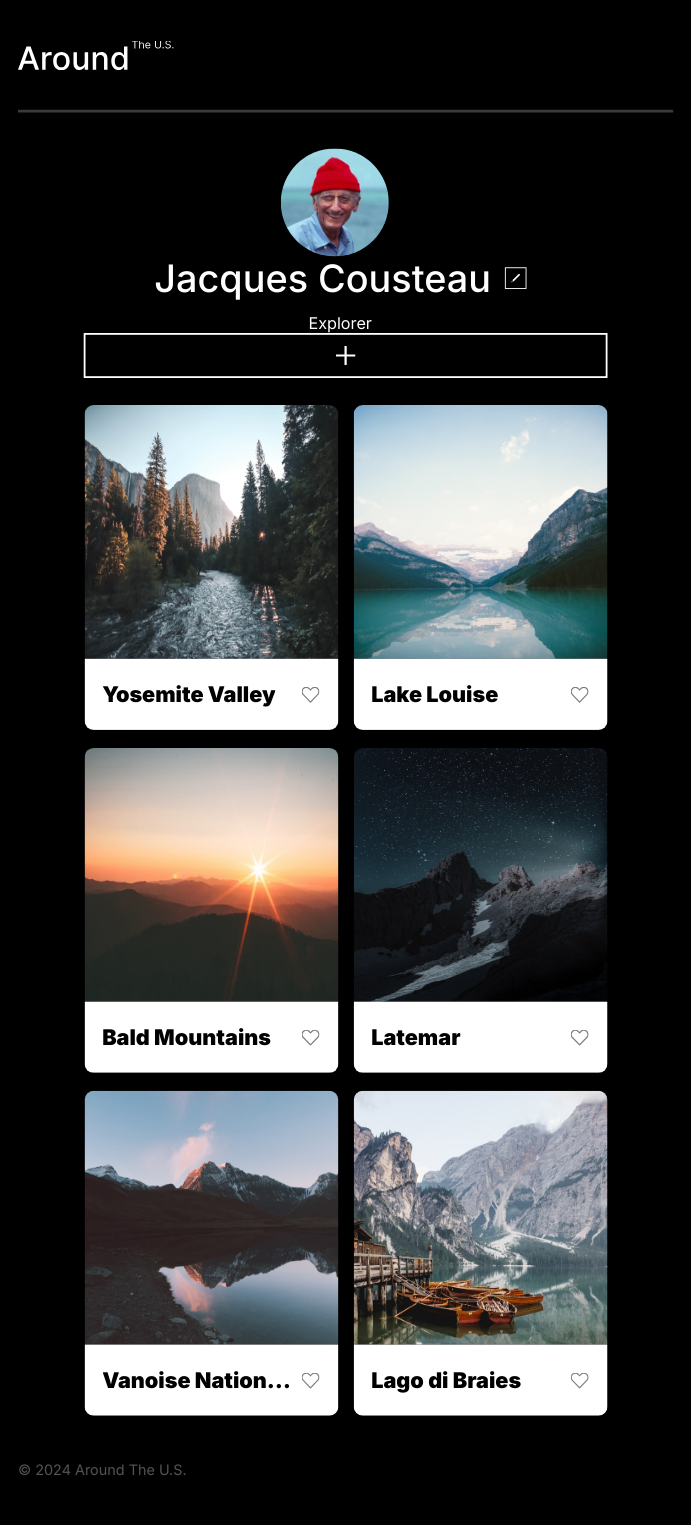
Repository: luisbaezx/se_project_aroundtheus
Page: index.html
An editor plug-in stored every save of this project. The page is shown before and after the next save, followed by the edit.
The browser window is 768 px wide. The pictures show the whole page, at 90% of full size.

Above is the page before, as saved 2024-05-29 17:56:17.

After the next save:
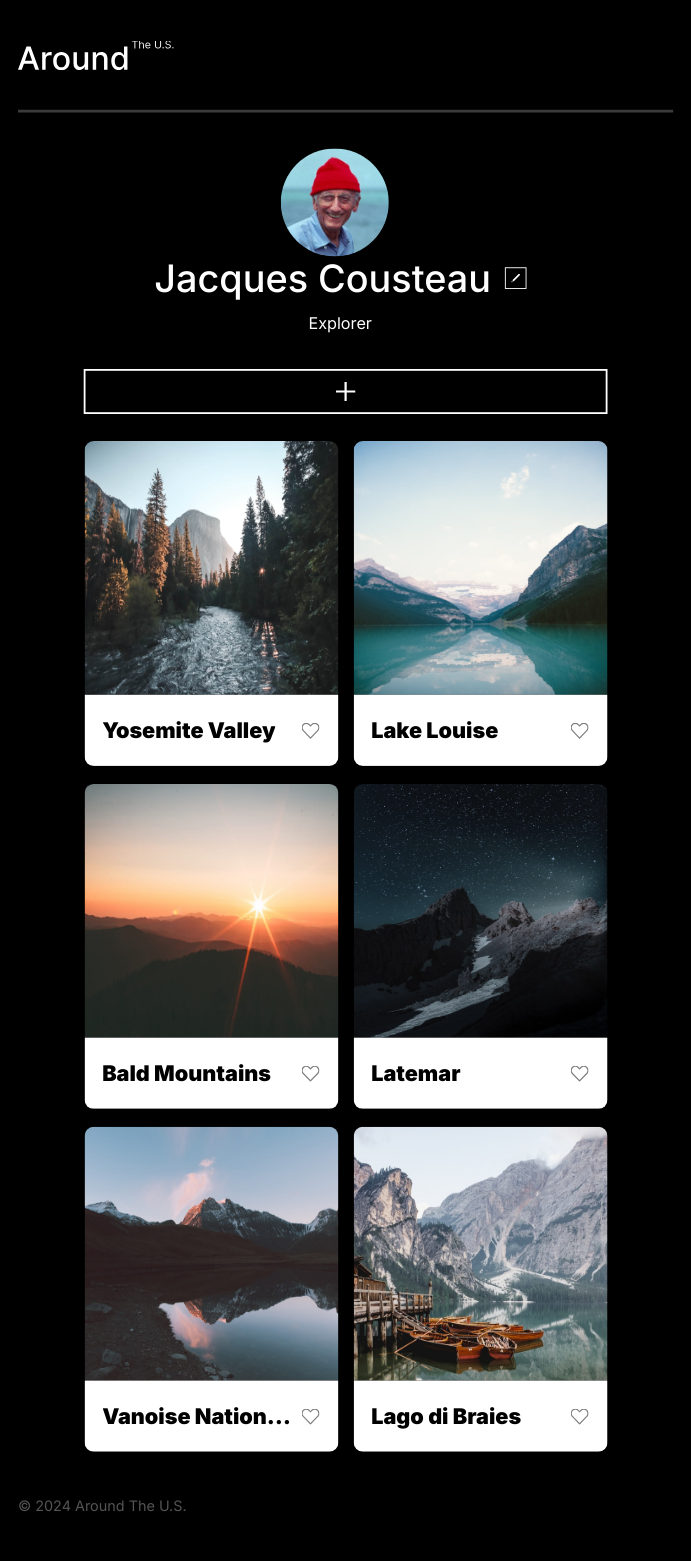
Saved 5 min 22 s later.
--- a/blocks/page.css
+++ b/blocks/page.css
@@ -197,7 +197,7 @@
   .profile__description {
     width: 100%;
     text-align: center;
-    margin-bottom: 0px;
+    margin-bottom: 40px;
   }
 
   .profile__add-button {
